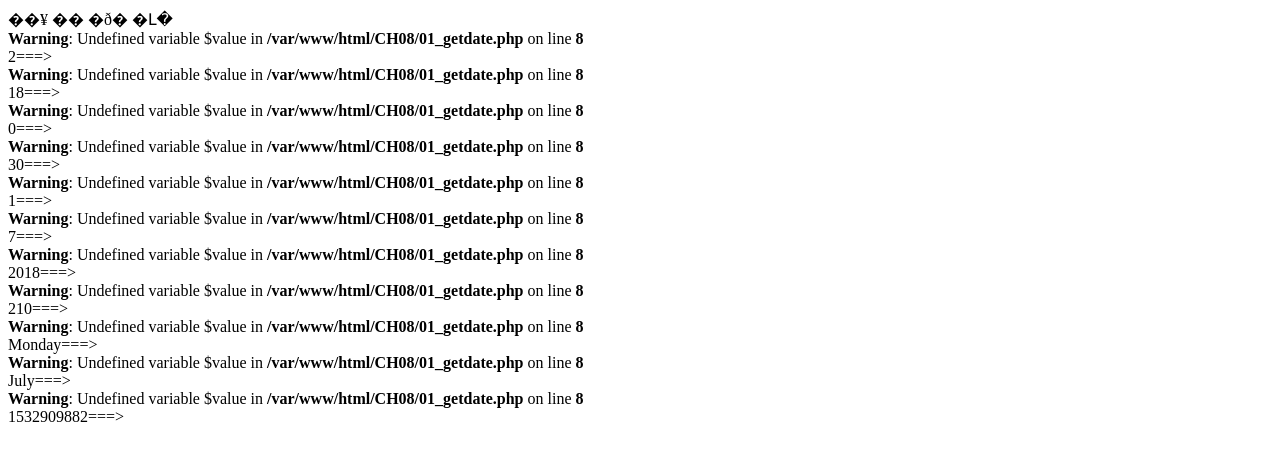
Repository: 2ujin/2018-PHP-afterschool
Page: http://localhost/CH08/01_getdate.php
These files come from the project's save history. The page is drawn as it stood at one moment and after the next save; the edit follows.
The browser window is 1280 px wide. The pictures show the whole page.
The page is run by PHP 8.4 with error messages shown; the project is at /var/www/html/.

Above is the page before, as saved 2018-08-01 00:19:17.

### PHPStudy/CH08/01_getdate.php
<?php

echo "날짜 및 시간 함수";

$today = getdate();

foreach($today as $key)
    echo $key."===>".$value;
?>

After the next save:
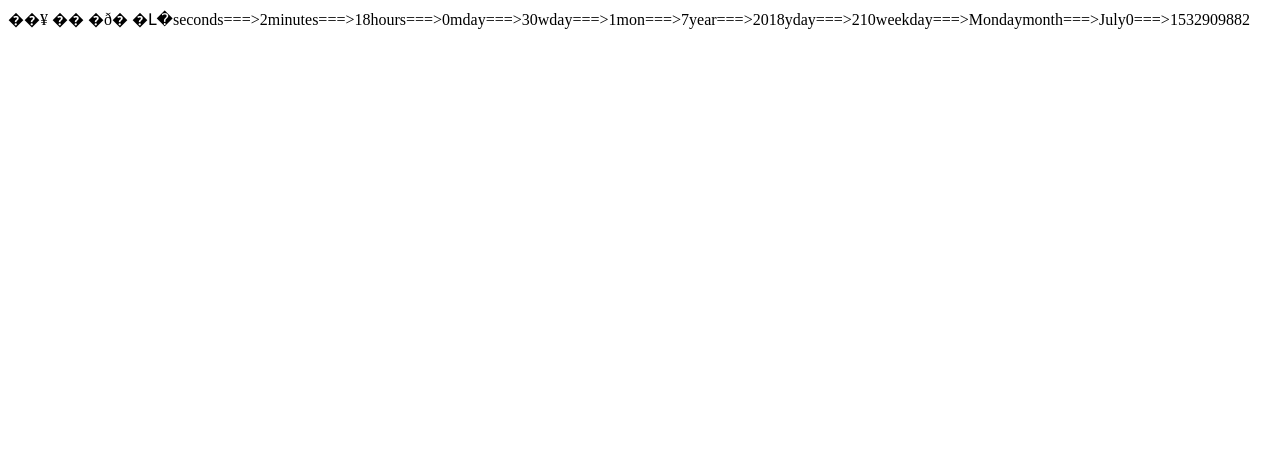
Saved 10 s later.
--- a/PHPStudy/CH08/01_getdate.php
+++ b/PHPStudy/CH08/01_getdate.php
@@ -4,6 +4,6 @@ echo "날짜 및 시간 함수";
 
 $today = getdate();
 
-foreach($today as $key)
+foreach($today as $key=>$value)
     echo $key."===>".$value;
 ?>
